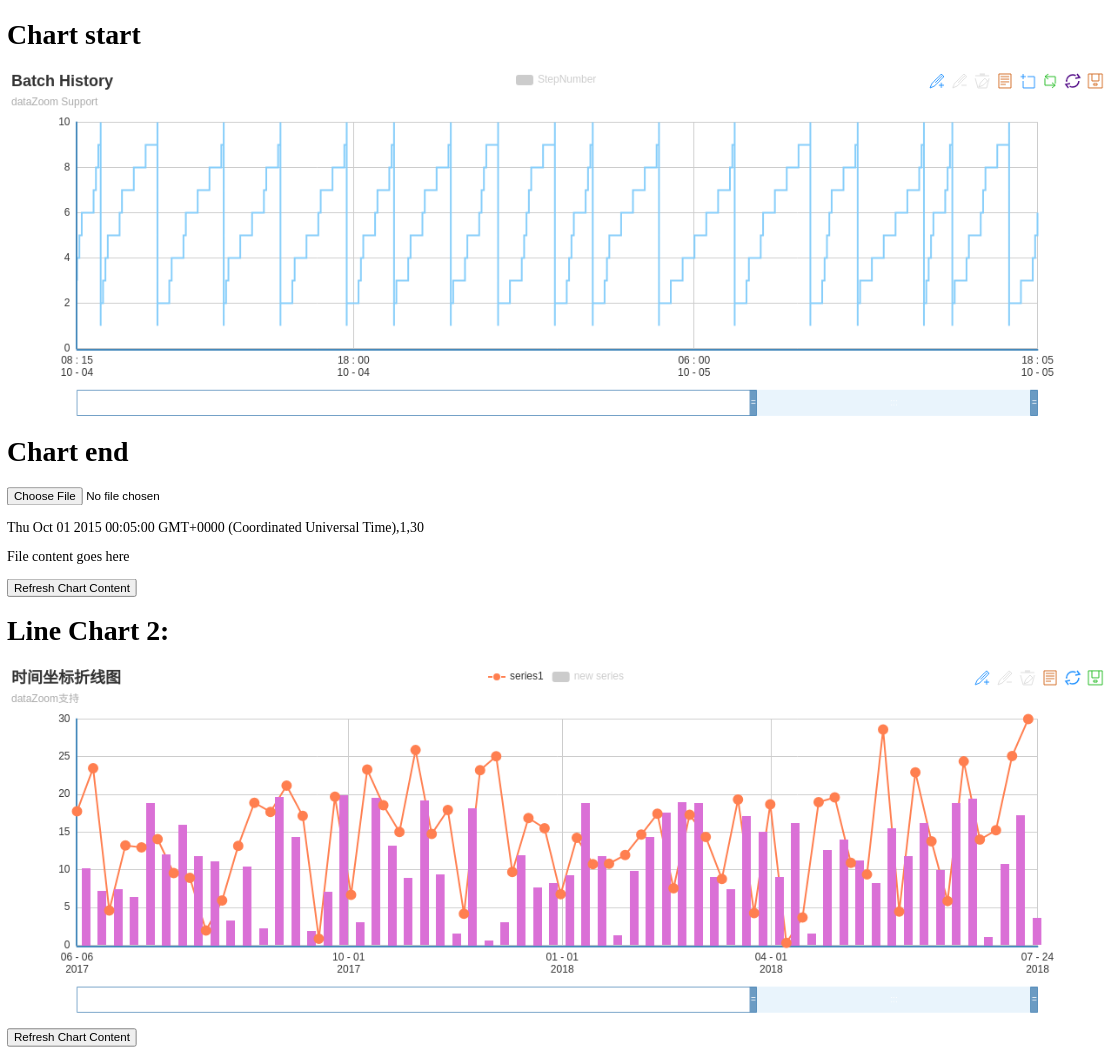
Repository: shutterfly2011/apache
Page: eChartTest/WebContent/LineChart.html
The author's editor kept a copy of each file at every save. The page is drawn from the files as they stood at one save, then again after the next save.
The browser window is 1280 px wide. The pictures show the whole page, at 87% of full size.

Above is the page before, as saved 2015-10-02 02:38:18.

### eChartTest/WebContent/LineChart.html
<!DOCTYPE html>
<head>
    <meta charset="utf-8">
    <title>ECharts - Line Charts</title>
    <script type="text/javascript">
    	var dataSet = [];
    	var dataSet1 = [];
    	var myChart;
    	var option;
    	var optionLine2;
    	var strTest;
    	strTest = 'tooltip here';
		option = {
			    title : {
			        text : 'Batch History',
			        subtext : 'dataZoom Support'
			    },
			    tooltip : {
			    	show: true,
			    	//showContent: true,
			        trigger: 'item',
			        /*
			        axisPointer:{
			        	show: true,
			        	type: 'cross',
			        	lineStyle:{
			        		type:'dashed',
			        		width:1
			        	}
			        },
			        */

			        formatter : function (params) {
			        	//console.log(params);
			        	console.log(params.value[3]);
			        	var date = new Date(params.value[0]);
			            data = (date.getMonth() + 1) + '-'
			                   + date.getDate() + ' '
			                   + date.getHours() + ':'
			                   + date.getMinutes();
			            return data + '<br/>'
			                   + params.value[1];

			        	}

			    },
			    toolbox: {
			        show : true,
			        feature : {
			            mark : {show: true},
			            dataView : {show: true, readOnly: false},
			            dataZoom:{
			            	show: true,
			            	title:{
			            		dataZoom: 'zoom in/out',
			            		dataZoomReset: 'zoom reset'
			            	}
			            },
			            restore : {show: true},
			            saveAsImage : {show: true}
			        }
			    },
			    dataZoom: {
			        show: true,
			        start : 70
			    },
			    legend : {
			        data : ['StepNumber']
			    },
			    grid: {
			        y2: 80
			    },
			    xAxis : [
			        {
			            type : 'time',
			            splitNumber:5
			        }
			    ],
			    yAxis : [
			        {
			            type : 'value'
			        }
			    ],

			    series : [
			        {
			            name: 'Batch Step number',
			            type: 'line',
			            //showAllSymbol: true,
			            //symbolSize: function (value){
			            //    return Math.round(value[2]/10) + 2;
			            //},
			            data: (function () {
			            	var d = [];
			            	var len = 0;
			            	var now = new Date();
			            	var timeTemp;
			            	var tempStepLength;
			            	var prevStepNum;
			            	var value;
			            	timeTemp =0; //stores the previous time shift in seconds
			            	prevStepNum = 1;
			            	//alert(timeTemp);
							var prevprevStepNum = 0;
			            	while (len++ < 500) {
			            		if (prevprevStepNum > prevStepNum) {
			            			tempStepLength = 1;
			            		}
			            		else{
			            			tempStepLength = Math.random().toFixed(0)*20*60+300; //generate a random number between 5-25 minutes
			            		}
			            		//alert(tempStepLength);

			            		d.push([
			            	        new Date(2015, 9, 1, 0,0, timeTemp+tempStepLength),
			            	        prevStepNum,
			            	        30
			            	        //(Math.random()*10).toFixed(0) - 0
			            	    ]);


			            		//alert(prevStepNum);
			            		prevprevStepNum = prevStepNum;
			            		prevStepNum += 1;
			            		d.push([
			            			new Date(2015, 9, 1, 0,0, timeTemp+tempStepLength+1), //add one more second
			            			prevStepNum,
			            			20
			            		        ]);
			            		if (prevStepNum >=10) {
			            			prevStepNum = 1; //resets prevStepNum to 1
			            		}
			            		timeTemp += tempStepLength;
			            	}

			                return d;
			            })()
			        }
			    ]
			};
    </script>
	<script type="text/javascript">
	function getChart2Option(chartData){
		var option = {
			    title : {
			        text : '时间坐标折线图',
			        subtext : 'dataZoom支持'
			    },
			    tooltip : {
			        trigger: 'item',
			        formatter : function (params, ticket, callback) {
			            console.log (params[0]);
			        	var date = new Date(params.value[0]);
			            data = date.getFullYear() + '-'
			                   + (date.getMonth() + 1) + '-'
			                   + date.getDate() + ' '
			                   + date.getHours() + ':'
			                   + date.getMinutes();

			            var rtn =  data + '<br/>'
			                   + params.value[2] + ', '
			                   + params.value[3] ;
			            setTimeout(function (){
			                // 仅为了模拟异步回调
			                callback(ticket, 'oh yeah!');
			            }, 1000)
			            return rtn;
			        }
			    },
			    toolbox: {
			        show : true,
			        feature : {
			            mark : {show: true},
			            dataView : {show: true, readOnly: false},
			            restore : {show: true},
			            saveAsImage : {show: true}
			        }
			    },
			    dataZoom: {
			        show: true,
			        start : 70
			    },
			    legend : {
			        data : ['series1', 'new series']
			    },
			    grid: {
			        y2: 80
			    },
			    xAxis : [
			        {
			            type : 'time',
			            splitNumber:10
			        }
			    ],
			    yAxis : [
			        {
			            type : 'value'
			        }
			    ],
			    series : [
			        {
			            name: 'series1',
			            type: 'line',
			            showAllSymbol: true,
			            symbolSize: function (value){
			                //return Math.abs(Math.round(value[2]/10) + 2);
			                return 5;
			            },
			            data: chartData || (function () {
			                var d = [];
			                var len = 0;
			                var now = new Date();
			                var value;
			                while (len++ < 200) {
			                    d.push([
			                        new Date(2014, 9, 1, 0, len * 10000),
			                        (Math.random()*30).toFixed(2) - 0,
			                        (Math.random()*100).toFixed(2) - 0
			                    ]);
			                }
			                return d;
			            })()
			        },
			        {
			        	name: 'new series!!',
			        	type: 'bar',
				        showAllSymbol: false,
				        data: (function(){
				        	var d = [];
				        	var len = 0;
				        	var now = new Date();
				        	var value;
				        	while (len++ < 200){
				        		d.push([
				        		        new Date(2014, 9, 5,0, len*10000),
				        		        (Math.random()*20).toFixed(2) - 0,
				                        (Math.random()*50).toFixed(2) - 0
				        				]);
				        	}
				        	return d;
				        })()
			        }
			    ]

		};
		return option;

	}
		optionLine2 = {
			    title : {
			        text : '时间坐标折线图',
			        subtext : 'dataZoom支持'
			    },
			    tooltip : {
			        trigger: 'item',
			        formatter : function (params) {
			        	/*
			        	console.log (params[0]);
			        	console.log (params[1]);
			        	console.log (params[2]);
			        	console.log (params[3]);
			        	console.log (params[4]);
			        	console.log (params[5]);
			        	console.log (params[6]);
			        	console.log (params[7]);
			            */
			            console.log (params[0]);
			        	var date = new Date(params.value[0]);
			            data = date.getFullYear() + '-'
			                   + (date.getMonth() + 1) + '-'
			                   + date.getDate() + ' '
			                   + date.getHours() + ':'
			                   + date.getMinutes();
			            return data + '<br/>'
			                   + params.value[1] + ', '
			                   + params.value[2];
			        }
			    },
			    toolbox: {
			        show : true,
			        feature : {
			            mark : {show: true},
			            dataView : {show: true, readOnly: false},
			            restore : {show: true},
			            saveAsImage : {show: true}
			        }
			    },
			    dataZoom: {
			        show: true,
			        start : 70
			    },
			    legend : {
			        data : ['series1']
			    },
			    grid: {
			        y2: 80
			    },
			    xAxis : [
			        {
			            type : 'time',
			            splitNumber:10
			        }
			    ],
			    yAxis : [
			        {
			            type : 'value'
			        }
			    ],
			    series : [
			        {
			            name: 'series1',
			            type: 'line',
			            showAllSymbol: true,
			            symbolSize: function (value){
			                return Math.round(value[2]/10) + 2;
			            },
			            data: (function () {
			                var d = [];
			                var len = 0;
			                var now = new Date();
			                var value;
			                while (len++ < 200) {
			                    d.push([
			                        new Date(2014, 9, 1, 0, len * 10000),
			                        (Math.random()*30).toFixed(2) - 0,
			                        (Math.random()*100).toFixed(2) - 0
			                    ]);
			                }
			                return d;
			            })()
			        }
			    ]

		};
	</script>
</head>
<body>
    <!-- Prepare a Dom with size (width and height) for ECharts -->
    <h1>Chart start</h1>
    <div id="lineChart" style="height:400px"></div>
    <!-- ECharts import -->
    <!--<script src="http://echarts.baidu.com/build/dist/echarts.js"></script> -->
    <script src="js/echarts.js"></script>
    <h1>Chart end</h1>
    <p><input type="file" onchange="loadCSVData(this.files)"/></p>
   	<p><a id="fileContent">File content goes here</a></p>
	<p><a id="fileContent1">File content goes here</a></p>
	<p><button onclick="refreshChart()">Refresh Chart Content</button></p>
	<h1>Line Chart 2:</h1>
    <div id= "lineChart2" style = "height:400px"></div>
    <p><button onclick="refreshChart2()">Refresh Chart Content</button></p>
    <script type="text/javascript">
    	function loadCSVData(files){
			var reader = new FileReader();
			var lines;
			reader.onload = function(e){
				var content = reader.result;
				var allTextLines = content.split(/\r\n|\n/);
			    //var lines = [];
			    while (allTextLines.length) {
			        dataSet.push(allTextLines.shift().split(','));
			    }
				document.getElementById("fileContent").innerHTML = 'dataSet is loaded!';
				document.getElementById("fileContent1").innerHTML = dataSet[1];
			};
			reader.readAsText(files[0]);
    	}
    </script>
	<script type="text/javascript">
		require.config({
			paths:{echarts:'js'}
		});
		require (
			['echarts', 'echarts/chart/line', 'echarts/chart/bar'],
			function(ec){
				myChart = ec.init(document.getElementById('lineChart2'));
				myChart.setOption(getChart2Option());

			}
		);
	</script>
    <script type="text/javascript">
	    // configure for module loader
	    require.config({
	        paths: {
	            //echarts: 'http://echarts.baidu.com/build/dist'
	        	echarts: 'js'
	        }
	    });

		require(
			[
			 'echarts',
			 'echarts/chart/line'
			 ],
			 function(ec){
				myChart = ec.init(document.getElementById('lineChart'));

				myChart.setOption(option);
				for (var i=0; i<5; i++){
					dataSet1.push(option.series[0].data[i]);

				}
				document.getElementById("fileContent").innerHTML = option.series[0].data[0];
			}
		);
    </script>
    <script type="text/javascript">
    	function refreshChart(){
    		dataSet.shift();

    		var aryTime = [];

    		for (var i=0; i<dataSet.length; i++){

    			//var row = [];
    			var dt = new Date();
    			dt.setTime( Date.parse(dataSet[i][0]) );
   				aryTime.push([
   						dt,
   					//enerateDateFromString(dataSet[i][0]),
   						parseFloat(dataSet[i][1])]);
    			/*
    			aryTime.push(Date.parse(dataSet[i][0]));
    			aryTime.push(parseFloat(dataSet[i][1]));
    			*/
    			//aryTime.push(row);
    		}


    		option.series[0].data =  aryTime;
    		option.title.text = "R4715 tag history";
    		//option.series[0].data = dataSet;
    		myChart = require('echarts').init(document.getElementById('lineChart'));
    		myChart.setOption(option);
    		document.getElementById("fileContent").innerHTML = option.series[0].data.length;
    	};
    	function refreshChart2(){
    		dataSet.shift();
    		var ary = [];
    		for (var i=0;i<dataSet.length; i++){
    			var dt = new Date();
    			dt.setTime(Date.parse(dataSet[i][0]));
    			ary.push([
    					dt,
    					parseFloat(dataSet[i][1]),
    					parseFloat(dataSet[i][2]),
    					parseFloat(dataSet[i][3])
    					]);
    		}
    		myChart = require('echarts').init(document.getElementById('lineChart2'));

    		//optionLine2.series[0].data = ary;

    		myChart.setOption(getChart2Option(ary));

    	}
    </script>
</body>

Loaded but not shown: eChartTest/WebContent/js/echarts.js (library); eChartTest/WebContent/js/chart/line.js (library); eChartTest/WebContent/js/chart/bar.js (library); eChartTest/WebContent/js/chart/scatter.js (library)

After the next save:
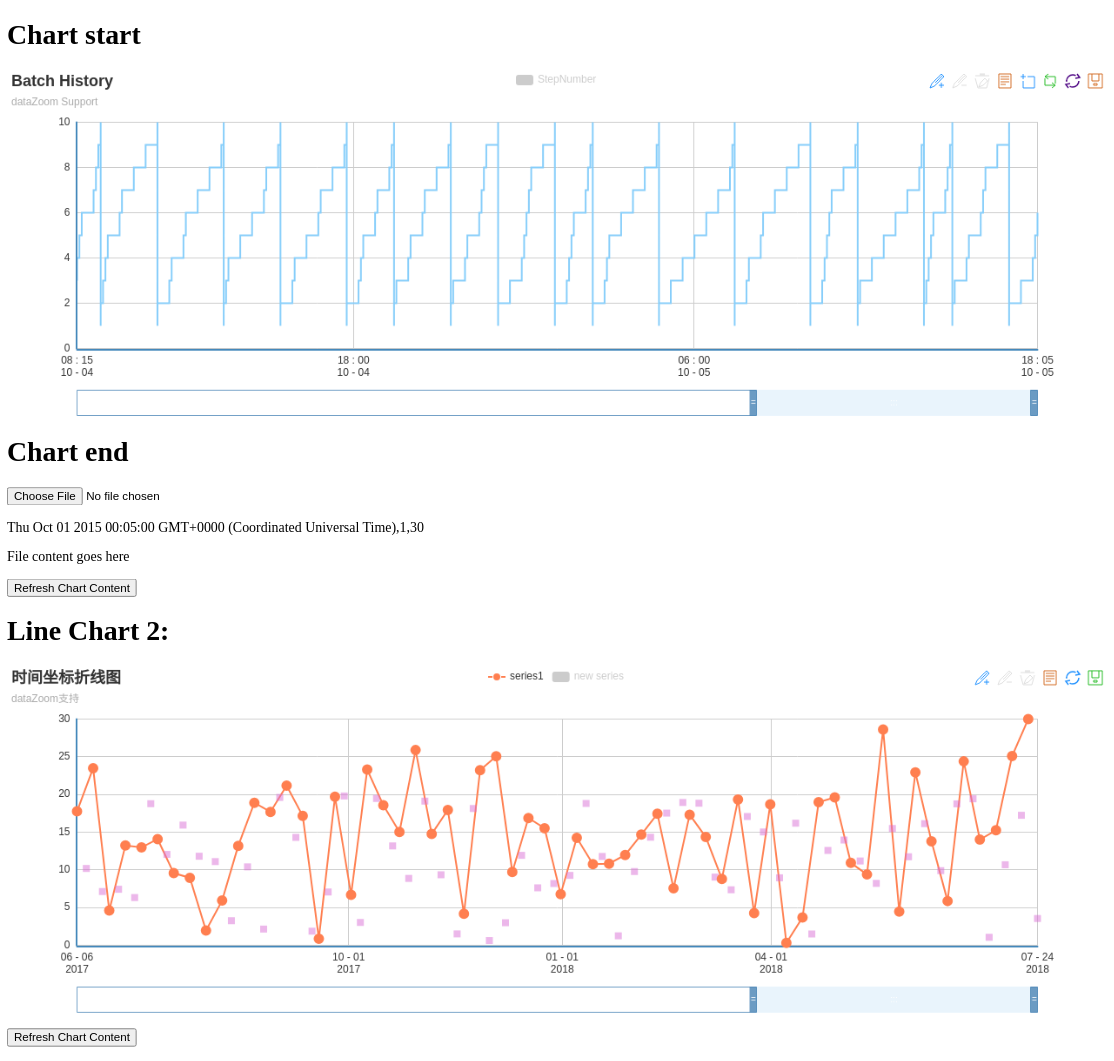
Saved 60 s later.
--- a/eChartTest/WebContent/LineChart.html
+++ b/eChartTest/WebContent/LineChart.html
@@ -223,7 +223,7 @@
 			        },
 			        {
 			        	name: 'new series!!',
-			        	type: 'bar',
+			        	type: 'scatter',
 				        showAllSymbol: false,
 				        data: (function(){
 				        	var d = [];
@@ -371,7 +371,7 @@
 			paths:{echarts:'js'}
 		});
 		require (
-			['echarts', 'echarts/chart/line', 'echarts/chart/bar'],
+			['echarts', 'echarts/chart/line', 'echarts/chart/bar', 'echarts/chart/scatter'],
 			function(ec){
 				myChart = ec.init(document.getElementById('lineChart2'));
 				myChart.setOption(getChart2Option());
